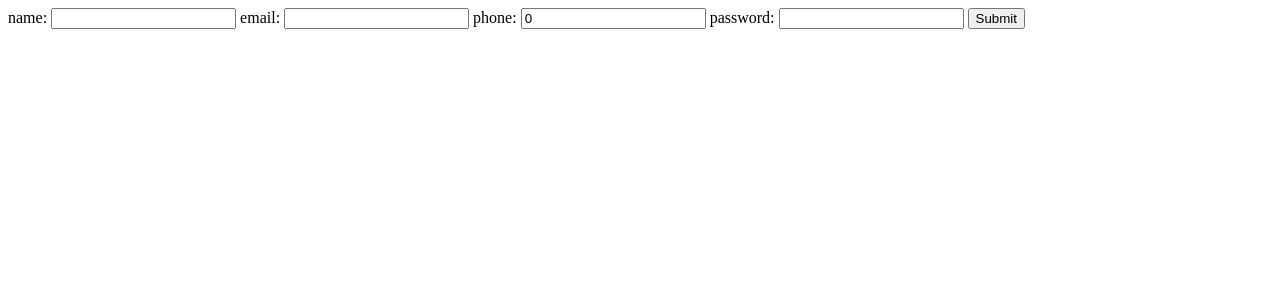
Repository: surajkumarsharma4/spring
Page: http://localhost/student-app-mvc/signup
The author's editor kept a copy of each file at every save. The page is drawn from the files as they stood at one save, then again after the next save.
The browser window is 1280 px wide. The pictures show the whole page.
The page is served by Tomcat 9. Other server files are loaded and not shown.

Above is the page before, as saved 2024-04-22 02:23:04.

### student-app-mvc/src/main/webapp/form.jsp
<%@ page language="java" contentType="text/html; charset=ISO-8859-1"
    pageEncoding="ISO-8859-1"%>
    <%@ taglib prefix="form" uri="http://www.springframework.org/tags/form"%>
<!DOCTYPE html>
<html>
<head>
<meta charset="ISO-8859-1">
<title>Insert title here</title>
</head>
<body>
	<form:form modelAttribute="user" action="savestudent" method="post">
		name: <form:input path="name"/>
		email: <form:input path="email"/>
		phone: <form:input path="phone"/>
		password: <form:input path="password"/>
		<input type="submit">
	</form:form>
</body>
</html>

After the next save:
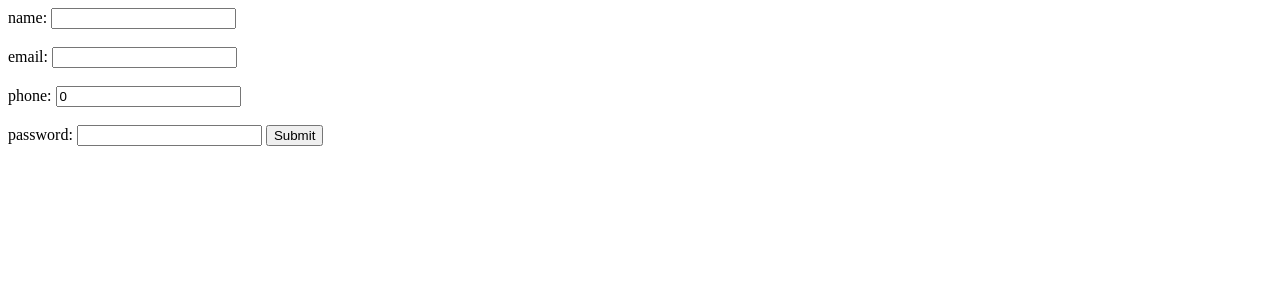
Saved 4 min 51 s later.
--- a/student-app-mvc/src/main/webapp/form.jsp
+++ b/student-app-mvc/src/main/webapp/form.jsp
@@ -9,9 +9,9 @@
 </head>
 <body>
 	<form:form modelAttribute="user" action="savestudent" method="post">
-		name: <form:input path="name"/>
-		email: <form:input path="email"/>
-		phone: <form:input path="phone"/>
+		name: <form:input path="name"/><br><br>
+		email: <form:input path="email"/><br><br>
+		phone: <form:input path="phone"/><br><br>
 		password: <form:input path="password"/>
 		<input type="submit">
 	</form:form>
